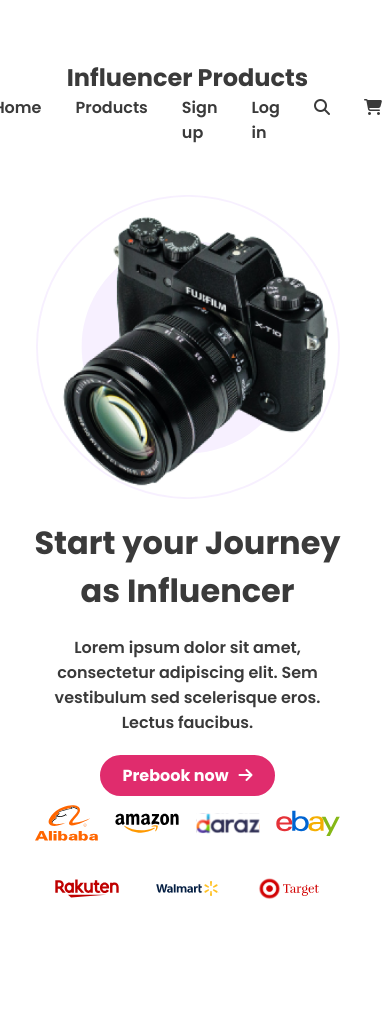
Repository: ShouravAhammed/Influencer-Gear-webpage
Page: index.html
An editor plug-in stored every save of this project. The page is shown before and after the next save, followed by the edit.
The browser window is 375 px wide. The page is 382 px wide, so the pictures cover 382 px, including what lies to the right of the window. The pictures show the whole page.
Some web libraries are served in a nearby version.

Above is the page before, as saved 2024-01-15 02:17:47.

### index.html
<!DOCTYPE html>
<html lang="en">
<head>
    <meta charset="UTF-8">
    <meta name="viewport" content="width=device-width, initial-scale=1.0">
    <!-- title -->
    <title>Influencer Gear</title>
    <!-- linked css -->
    <link rel="stylesheet" href="Style/style.css">
    <!-- fonts icon linked  -->
    <script src="https://kit.fontawesome.com/0d98d502eb.js" crossorigin="anonymous"></script>
</head>
<body>
    <!-- header part start-->
    <header class="header">
        <div class="container">
            <div class="navigation">
                <h3 class="nav-icon">Influencer Products</h3>
                <ul class="nav">
                    <li><a href="">Home</a></li>
                    <li><a href="">Products</a></li>
                    <li><a href="">Sign up</a></li>
                    <li><a href="">Log in</a></li>
                    <li><a href=""><i class="fa-solid fa-magnifying-glass"></i></a></li>
                    <li><a href=""><i class="fa-solid fa-cart-shopping"></i></a></li>
                </ul>
            </div>

            <!-- banner section part  -->
            <section id="banner">
                <div class="banner-content">
                    <h3 class="banner-title">Start your Journey as Influencer</h3>
                    <p class="banner-description">Lorem ipsum dolor sit amet, consectetur adipiscing elit. Sem vestibulum sed scelerisque eros. Lectus faucibus.</p>
                    <button class="primary-btn">Prebook now<i class="fa-solid fa-arrow-right right-arrow"></i></button>
                </div>
                <div class="banner-img">
                        <img src="images/main-camera.png" alt="camera-img">
                </div>
            </section>
            <!-- company section part -->
            <section id="company">
                <div class="company-img">
                    <img src="logos/Alibaba.svg" alt="company-img">
                    <img src="logos/Amazon.svg" alt="company-img">
                    <img src="logos/Daraz.pk Logo.svg" alt="company-img">
                    <img src="logos/Ebay.svg" alt="company-img">
                    <img src="logos/Rakuten.svg" alt="company-img">
                    <img src="logos/Walmart.svg" alt="company-img">
                    <img src="logos/Target.svg" alt="company-img">
                </div>
            </section>
        </div>
    </header>
    <!-- header part end -->
    <!-- main part start -->
    <main>

    </main>
    <!-- main part end -->
    <!-- footer part start-->
    <footer>

    </footer>
    <!-- footer part end -->
</body>
</html>

### Style/style.css
/*  Import fonts from google fonts */
@import url('https://fonts.googleapis.com/css2?family=Inter:wght@400;700&family=Manrope:wght@700&family=Poppins:ital,wght@0,300;0,400;0,500;0,600;0,700;0,800;0,900;1,200;1,300;1,400;1,500;1,600;1,700;1,800;1,900&family=Roboto:wght@700&display=swap');

/* all body measuring manually */
*{
    margin: 0;
    padding: 0;
    outline: 0;
    box-sizing: border-box;
}
body{
    font-family: 'Inter', sans-serif;
    font-family: 'Manrope', sans-serif;
    font-family: 'Poppins', sans-serif;
    font-family: 'Roboto', sans-serif;
}

/* root color and fonts */
:root{
    --primary-color:#E02C6D;
    --color: #3A3A3A;
    --card-title-color: #18191F;
    --card-price-Color: rgba(0, 0, 0, 0.87);
    --card-description-color: #787885;
}
/* container */
.container{
    width: 85%;
    margin: 0 auto;
}
/* primary button */
.primary-btn{
    color: #FFF;
    background-color: var(--primary-color);
    font-family: Poppins;
    font-size: 1rem;
    font-weight: 700;
    padding: 6px 20px;
    border: 2px solid var(--primary-color);
    border-radius: 41px;
    margin-top: 20px;
}
.right-arrow{
    padding-left: 10px;
}
/* header part css style */
.header{
    margin: 60px 0 100px 0;
}
/* navigation part css style */
.navigation{
    display: flex;
    justify-content: space-between;
    align-items: center;
    margin-bottom: 50px;
}
.nav-icon{
    color: var(--color);
    font-feature-settings: 'clig' off, 'liga' off;
    font-family: Poppins;
    font-size: 1.5rem;
    font-weight: 700;
}
.navigation > .nav{
    display: flex;
    gap: 34px;
}
.nav li{
    list-style: none;
}
.nav li a{
    color: #3A3A3A;
    font-feature-settings: 'clig' off, 'liga' off;
    font-family: Poppins;
    font-size: 1rem;
    font-weight: 600;
    text-decoration: none;
}
/* banner section css style */

#banner{
    display: flex;
    gap: 80px;
}
.banner-content{
    margin-top: 100px;
    width: 50%;
}
.banner-title{
    color: var(--color);
    font-family: Poppins;
    font-size: 52px;
    font-weight: 700;
    line-height: 70px;
    padding-bottom: 20px;
}
.banner-description{
    color: var(--color);
    font-family: Poppins;
    font-size: 1rem;
    font-weight: 600;
}
.banner-img{
    background-image: url(../images/Circle\ design.svg);
    height: 600px;
    width: 42%;
    background-position: top right;
    background-repeat: no-repeat;
    background-size: contain;
}
.banner-img img {
    position: relative;
    width: 444px;
    left: 13px;
    top: 40px;
}
/* company section css style */
.company-img{
    display: flex;
    justify-content: space-evenly;
    align-items: center;
}
.company-img img{
    width: 80px;
    height: 55px;
    transition: all ease 0.5s;
}
.company-img img:hover{
    filter: grayscale(1);
    transform: scale(1.5);
}















@media only screen and (max-width: 576px){

    .navigation{
        flex-direction: column;
    }
    #banner{
        flex-direction: column-reverse;
        gap: 20px;
    }
    .banner-content{
        width: 100%;
        text-align: center;
        margin-top: 0;
    }
    .banner-title{
        font-size: 2rem;
        line-height: normal;
    }
    .banner-img {
        height: 100%;
        width: 100%;
        background-position: center;
    }
    .banner-img img {
        width: 100%;
        left: 13px;
        top: 5px;
    }




    .company-img {
        gap: 10px;
        flex-wrap: wrap;
    }
    .company-img img{
        width: 20%
    }

}

After the next save:
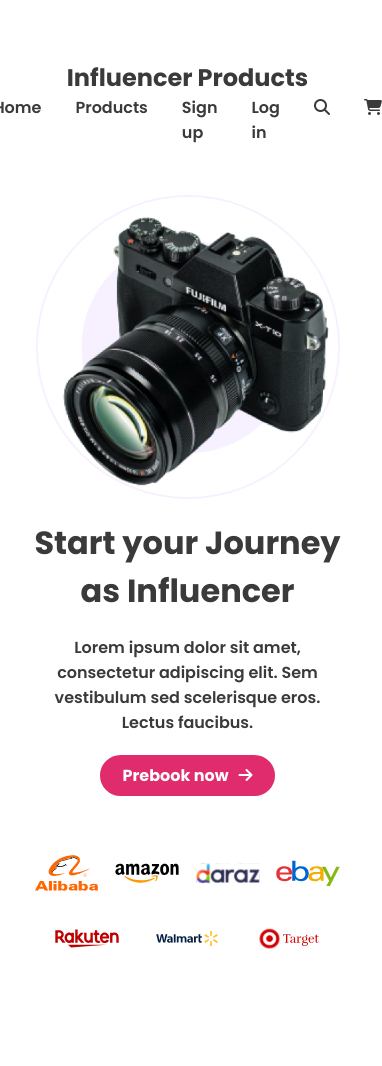
Saved 72 s later.
--- a/Style/style.css
+++ b/Style/style.css
@@ -175,7 +175,9 @@
 
 
 
-
+    #company{
+        margin-top: 50px;
+    }
     .company-img {
         gap: 10px;
         flex-wrap: wrap;
